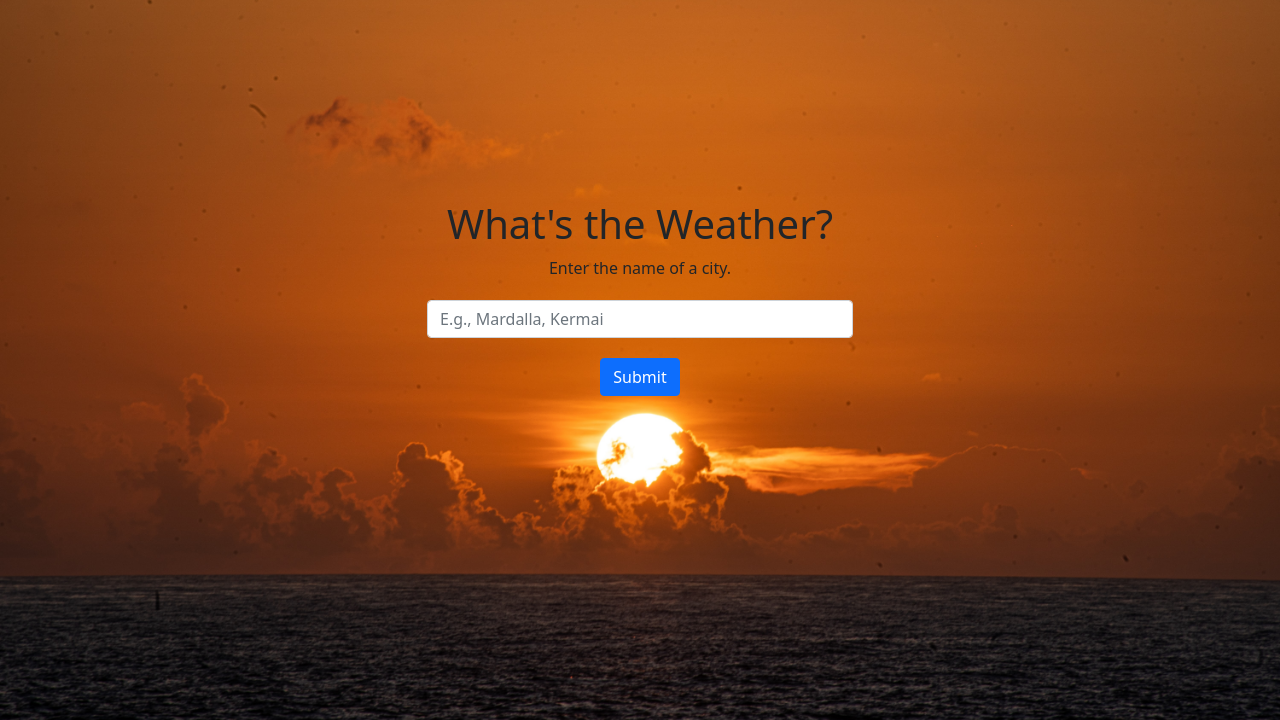
Repository: Ashwin1510/php_projectgh
Page: http://localhost/weather_scrapper.php
An editor plug-in stored every save of this project. The page is shown before and after the next save, followed by the edit.
The browser window is 1280 px wide. The pictures show the whole page.
The page is run by PHP 8.4 with error messages shown; the project is at /var/www/html/.

Above is the page before, as saved 2022-12-16 10:38:25.

After the next save:
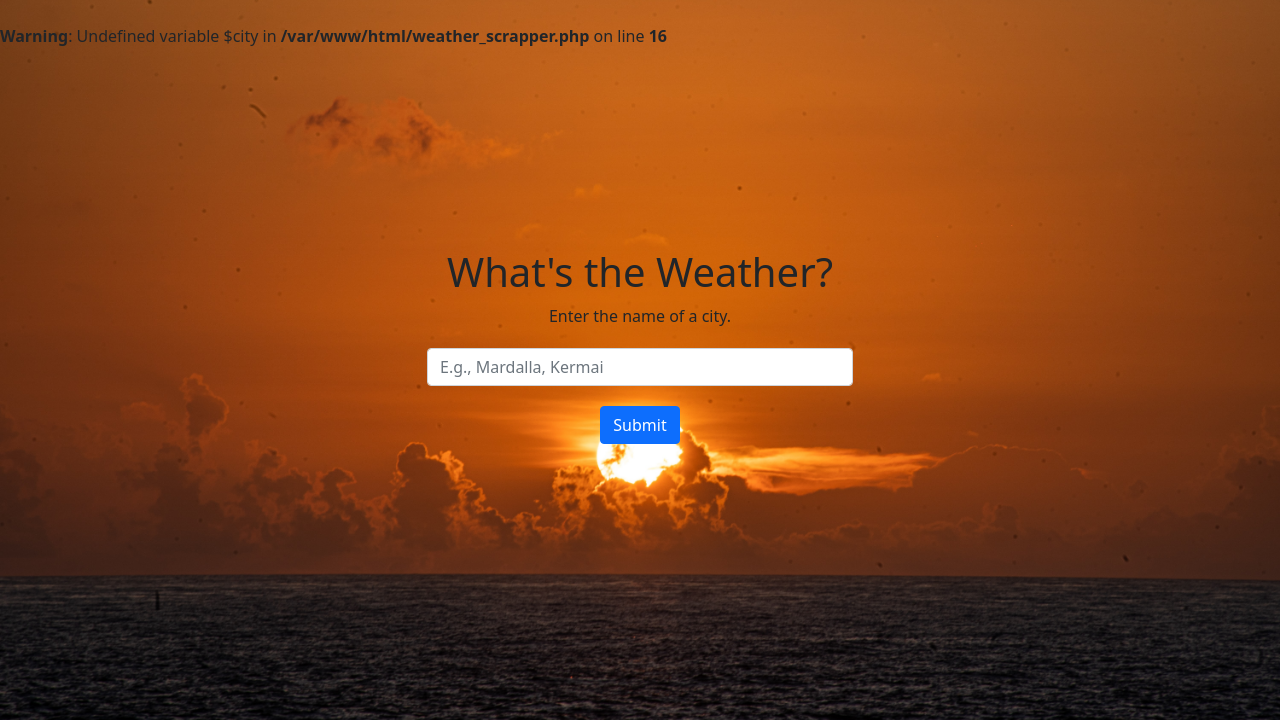
Saved 63 s later.
--- a/weather_scrapper.php
+++ b/weather_scrapper.php
@@ -13,7 +13,7 @@
 
     else
      {
-        $error = "That city could not be found.";
+        $error = "That $city could not be found.";
      }//end of array key exists test
 
 ?>
